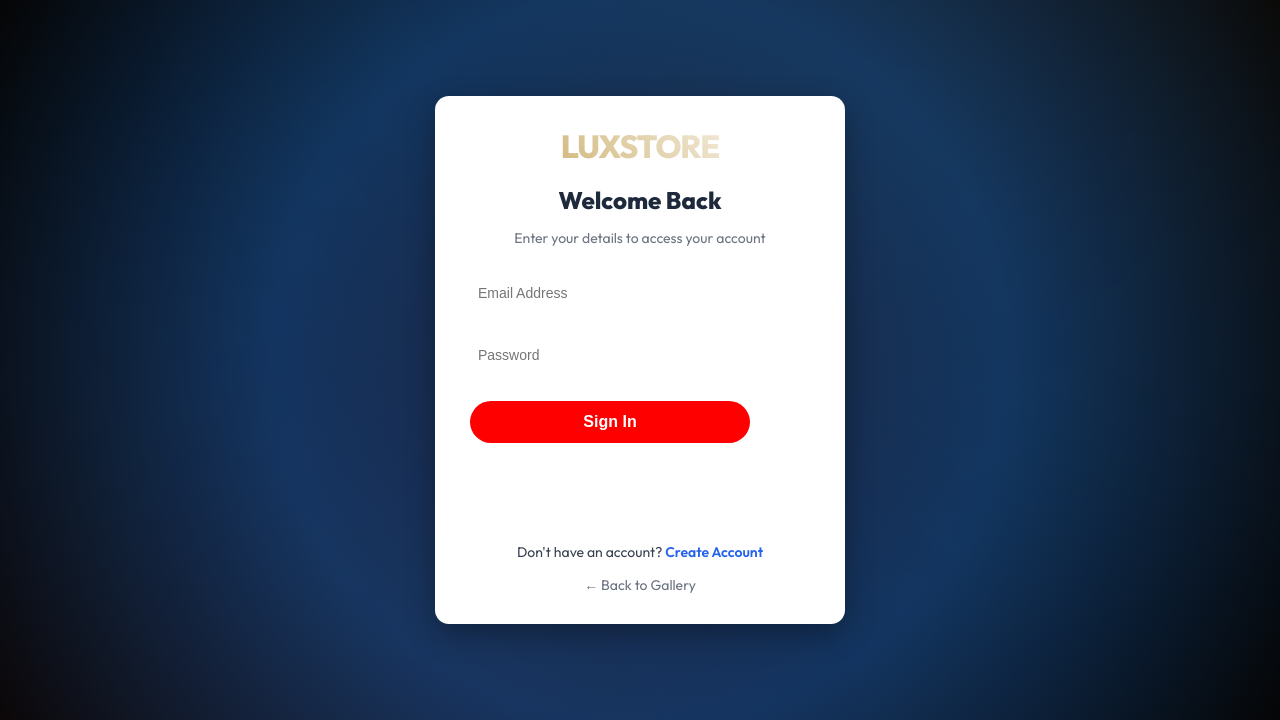
Repository: pradeepkumarh-17/Ecommerce
Page: http://localhost/EcomStore/auth?action=login
The author's editor kept a copy of each file at every save. The page is drawn from the files as they stood at one save, then again after the next save.
The browser window is 1280 px wide. The pictures show the whole page.
Some web libraries are served in a nearby version. The page is served by Tomcat 10. Other server files are loaded and not shown.

Above is the page before, as saved 2026-05-04 17:43:40.

### EcomStore/src/main/webapp/views/auth/login.jsp
<%@ page contentType="text/html; charset=UTF-8" pageEncoding="UTF-8"%>

<!DOCTYPE html>
<html>
<head>
    <meta charset="UTF-8">
    <meta name="viewport" content="width=device-width, initial-scale=1.0">
    <title>Login | LuxStore</title>

    <!-- Google Fonts -->
    <link rel="preconnect" href="https://fonts.googleapis.com">
    <link rel="preconnect" href="https://fonts.gstatic.com" crossorigin>
    <link href="https://fonts.googleapis.com/css2?family=Outfit:wght@300;400;600;800&display=swap" rel="stylesheet">

    <link rel="stylesheet" href="<%= request.getContextPath() %>/assets/css/auth.css">
    <link rel="stylesheet" href="<%= request.getContextPath() %>/assets/css/modern-ui.css">

    <!-- GSAP -->
    <script src="https://cdnjs.cloudflare.com/ajax/libs/gsap/3.12.2/gsap.min.js"></script>
</head>

<body class="auth-page">

    <div class="bg-animation"></div>

    <div class="auth-container container-3d">

        <div class="auth-box glass-panel">

            <div class="logo">LUX<span>STORE</span></div>
            <h2>Welcome Back</h2>
            <p class="subtitle">Enter your details to access your account</p>

            <%
            if (request.getParameter("error") != null) {
            %>
            <div class="error-toast">
                <p>Invalid Email or Password</p>
            </div>
            <%
            }
            %>

            <form action="<%= request.getContextPath() %>/auth" method="post" class="animated-form">

                <input type="hidden" name="action" value="login">

                <div class="input-group">
                    <input type="email" name="email" placeholder="Email Address" required>
                </div>

                <div class="input-group">
                    <input type="password" name="password" placeholder="Password" required>
                </div>

                <button type="submit" class="cart-btn">Sign In</button>

            </form>

            <p class="switch">
                Don't have an account? <a href="<%= request.getContextPath() %>/views/auth/register.jsp">Create Account</a>
            </p>

            <a class="back-home" href="<%= request.getContextPath() %>/views/user/home.jsp">
                <span>&larr;</span> Back to Gallery
            </a>
        </div>

    </div>

    <script>
        document.addEventListener('DOMContentLoaded', () => {
            gsap.from('.auth-box', {
                duration: 1.2,
                y: 100,
                opacity: 0,
                scale: 0.8,
                rotationX: -20,
                ease: 'power4.out'
            });

            gsap.from('.input-group, .cart-btn', {
                duration: 1,
                x: -30,
                opacity: 0,
                stagger: 0.1,
                delay: 0.5,
                ease: 'power3.out'
            });
        });
    </script>
</body>
</html>

### EcomStore/src/main/java/com/ecommerce/controller/AuthController.java
package com.ecommerce.controller;

import jakarta.servlet.*;
import jakarta.servlet.http.*;
import jakarta.servlet.annotation.WebServlet;
import java.io.IOException;

import com.ecommerce.dao.UserDAO;
import com.ecommerce.dao.impl.UserDAOImpl;
import com.ecommerce.model.User;

@WebServlet("/auth")   // 🔥 THIS FIXES 404
public class AuthController extends HttpServlet {

    // 👉 OPEN LOGIN PAGE
    protected void doGet(HttpServletRequest req, HttpServletResponse res)
            throws ServletException, IOException {

        RequestDispatcher rd = req.getRequestDispatcher("views/auth/login.jsp");
        rd.forward(req, res);
    }

    // 👉 HANDLE LOGIN / REGISTER
    protected void doPost(HttpServletRequest req, HttpServletResponse res)
            throws ServletException, IOException {

        String action = req.getParameter("action");

        UserDAO dao = new UserDAOImpl();

        if ("register".equals(action)) {

            User u = new User();
            u.setFullName(req.getParameter("name"));
            u.setEmail(req.getParameter("email"));
            u.setPassword(req.getParameter("password"));

            dao.register(u);

            res.sendRedirect("login");

        } else if ("login".equals(action)) {

            String email = req.getParameter("email");
            String password = req.getParameter("password");

            User user = dao.login(email, password);

            if (user != null) {

                HttpSession session = req.getSession();
                session.setAttribute("user", user);

                res.sendRedirect("views/user/home.jsp");

            } else {

                req.setAttribute("error", "Invalid Credentials");
                doGet(req, res);
            }
        }
    }
}

### EcomStore/src/main/webapp/assets/css/auth.css
body {
    margin: 0;
    font-family: 'Segoe UI', sans-serif;
    background: linear-gradient(135deg, #0f2027, #203a43, #2c5364);
    height: 100vh;
}

/* CENTER */
.auth-container {
    display: flex;
    justify-content: center;
    align-items: center;
    height: 100%;
}

/* CARD */
.auth-box {
    width: 350px;
    padding: 30px;
    background: #ffffff; /* clean white for contrast */
    border-radius: 14px;
    box-shadow: 0 10px 30px rgba(0,0,0,0.3);
    text-align: center;
}

/* TITLE */
.auth-box h2 {
    margin-bottom: 10px;
    color: #1e293b; /* dark navy */
}

/* SUBTITLE */
.subtitle {
    color: #6b7280; /* soft gray */
    font-size: 14px;
    margin-bottom: 15px;
}

/* INPUT */
.auth-box input {
    width: 100%;
    padding: 12px;
    margin: 10px 0;
    border-radius: 8px;
    border: 1px solid #d1d5db;
    font-size: 14px;
    transition: 0.3s;
}

/* INPUT FOCUS */
.auth-box input:focus {
    border-color: #3b82f6;
    box-shadow: 0 0 5px rgba(59,130,246,0.3);
    outline: none;
}

/* BUTTON */
body {
    margin: 0;
    font-family: 'Segoe UI', sans-serif;
    background: linear-gradient(135deg, #0f2027, #203a43, #2c5364);
    height: 100vh;
}

/* CENTER */
.auth-container {
    display: flex;
    justify-content: center;
    align-items: center;
    height: 100%;
}

/* CARD */
.auth-box {
    width: 350px;
    padding: 30px;
    background: #ffffff; /* clean white for contrast */
    border-radius: 14px;
    box-shadow: 0 10px 30px rgba(0,0,0,0.3);
    text-align: center;
}

/* TITLE */
.auth-box h2 {
    margin-bottom: 10px;
    color: #1e293b; /* dark navy */
}

/* SUBTITLE */
.subtitle {
    color: #6b7280; /* soft gray */
    font-size: 14px;
    margin-bottom: 15px;
}

/* INPUT */
.auth-box input {
    width: 100%;
    padding: 12px;
    margin: 10px 0;
    border-radius: 8px;
    border: 1px solid #d1d5db;
    font-size: 14px;
    transition: 0.3s;
}

/* INPUT FOCUS */
.auth-box input {
    width: 100%;
    box-sizing: border-box; /* 👈 VERY IMPORTANT */
}
/* BUTTON */
.auth-box button {
    width: 100%;
    padding: 14px;
    background: #ef1d1d;
    color: white;
    border: none;
    border-radius: 50px;
    font-size: 16px;
    font-weight: 600;
    cursor: pointer;

    display: flex;
    justify-content: center;
    align-items: center;

    margin: 20px auto 10px auto; /* 👈 CENTER FIX */
    text-align: center;
}
/* BUTTON HOVER */
.auth-box button:hover {
    background: #b91c1c; /* darker red */
}

/* SWITCH TEXT */
.switch {
    margin-top: 15px;
    font-size: 14px;
    color: #374151;
}

/* SWITCH LINK */
.switch a {
    color: #2563eb;
    font-weight: 600;
    text-decoration: none;
}

.switch a:hover {
    text-decoration: underline;
}

/* BACK HOME */
.back-home {
    display: block;
    margin-top: 15px;
    text-decoration: none;
    color: #6b7280;
    font-size: 14px;
}

.back-home:hover {
    color: #111827;
}

/* ERROR */
.error {
    color: #dc2626;
    margin-bottom: 10px;
    font-size: 14px;
}

/* SWITCH TEXT */
.switch {
    margin-top: 15px;
    font-size: 14px;
    color: #374151;
}

/* SWITCH LINK */
.switch a {
    color: #2563eb;
    font-weight: 600;
    text-decoration: none;
}

.switch a:hover {
    text-decoration: underline;
}

/* BACK HOME */
.back-home {
    display: block;
    margin-top: 15px;
    text-decoration: none;
    color: #6b7280;
    font-size: 14px;
}

.back-home:hover {
    color: #111827;
}

/* ERROR */
.error {
    color: #dc2626;
    margin-bottom: 10px;
    font-size: 14px;
}

button,
.auth-box button,
.login-btn {
    background: #ff0000 !important;
    color: #ffffff !important;
    opacity: 1 !important;
    visibility: visible !important;
    display: block !important;
    z-index: 9999 !important;
    position: relative;
}
.auth-box {
    text-align: center;
}

.auth-container {
    display: flex;
    justify-content: center;
    align-items: center;
}

.auth-box button {
    width: 80%;
    margin: 100px auto;
}

### EcomStore/src/main/webapp/assets/css/modern-ui.css
:root {
    --primary: #c5a358; /* Gold accent */
    --secondary: #1a1a2e; /* Deep dark blue */
    --accent: #e94560; /* Vibrant pink/red */
    --bg-dark: #0f3460;
    --glass: rgba(255, 255, 255, 0.05);
    --glass-border: rgba(255, 255, 255, 0.1);
    --glass-text: rgba(255, 255, 255, 0.8);
    --shadow-3d: 0 20px 40px rgba(0,0,0,0.4), 0 10px 10px rgba(0,0,0,0.2);
    --transition-fast: 0.3s cubic-bezier(0.4, 0, 0.2, 1);
    --transition-slow: 0.6s cubic-bezier(0.4, 0, 0.2, 1);
}

@import url('https://fonts.googleapis.com/css2?family=Outfit:wght@300;400;600;800&display=swap');

body {
    margin: 0;
    font-family: 'Outfit', sans-serif;
    background: #050505;
    color: #fff;
    overflow-x: hidden;
    scroll-behavior: smooth;
}

/* Animated Gradient Background */
.bg-animation {
    position: fixed;
    top: 0;
    left: 0;
    width: 100%;
    height: 100%;
    background: radial-gradient(circle at 50% 50%, #16213e 0%, #0f3460 50%, #050505 100%);
    z-index: -1;
    overflow: hidden;
}

.bg-animation::after {
    content: '';
    position: absolute;
    top: -50%;
    left: -50%;
    width: 200%;
    height: 200%;
    background: radial-gradient(circle at 30% 30%, rgba(197, 163, 88, 0.05) 0%, transparent 40%),
                radial-gradient(circle at 70% 70%, rgba(233, 69, 96, 0.05) 0%, transparent 40%);
    animation: rotateBG 20s linear infinite;
}

@keyframes rotateBG {
    0% { transform: rotate(0deg); }
    100% { transform: rotate(360deg); }
}

/* 3D Perspective Container */
.container-3d {
    perspective: 1000px;
}

/* Glassmorphism Header */
.header {
    background: rgba(15, 52, 96, 0.7) !important;
    backdrop-filter: blur(15px);
    border-bottom: 1px solid var(--glass-border);
    position: sticky;
    top: 0;
    z-index: 1000;
    padding: 15px 60px !important;
    transition: var(--transition-fast);
}

.header.scrolled {
    padding: 10px 60px !important;
    background: rgba(15, 52, 96, 0.9) !important;
}

.logo {
    font-size: 32px !important;
    background: linear-gradient(45deg, var(--primary), #fff);
    -webkit-background-clip: text;
    background-clip: text;
    -webkit-text-fill-color: transparent;
    font-weight: 800 !important;
    letter-spacing: -1px;
}

.nav-links a {
    color: var(--glass-text) !important;
    position: relative;
    font-weight: 400 !important;
    padding: 5px 10px;
    border-radius: 5px;
    transition: var(--transition-fast);
}

.nav-links a::after {
    content: '';
    position: absolute;
    bottom: 0;
    left: 50%;
    width: 0;
    height: 2px;
    background: var(--primary);
    transition: var(--transition-fast);
    transform: translateX(-50%);
}

.nav-links a:hover {
    color: #fff !important;
}

.nav-links a:hover::after {
    width: 80%;
}

/* 3D Glass Product Card */
.product-card {
    background: var(--glass) !important;
    backdrop-filter: blur(10px);
    border: 1px solid var(--glass-border) !important;
    border-radius: 20px !important;
    padding: 20px !important;
    transform-style: preserve-3d;
    transition: transform 0.5s cubic-bezier(0.23, 1, 0.32, 1), box-shadow 0.5s ease !important;
    position: relative;
}

.product-card:hover {
    transform: translateY(-10px) rotateX(5deg) rotateY(-5deg) !important;
    box-shadow: 0 30px 60px rgba(0,0,0,0.6) !important;
    border-color: var(--primary) !important;
}

.product-card img {
    border-radius: 15px !important;
    transform: translateZ(20px);
    transition: var(--transition-fast);
    box-shadow: 0 10px 20px rgba(0,0,0,0.3);
}

.product-card h3 {
    color: #fff !important;
    transform: translateZ(30px);
    margin: 15px 0 5px 0 !important;
}

.product-card .price {
    color: var(--primary) !important;
    transform: translateZ(25px);
    font-size: 20px !important;
}

.cart-btn {
    background: linear-gradient(45deg, var(--primary), #b08d42) !important;
    border: none !important;
    border-radius: 30px !important;
    color: #000 !important;
    font-weight: 700 !important;
    padding: 12px !important;
    margin-top: 15px !important;
    transform: translateZ(40px);
    transition: var(--transition-fast) !important;
    cursor: pointer;
}

.cart-btn:hover {
    background: #fff !important;
    transform: translateZ(50px) scale(1.05) !important;
    box-shadow: 0 0 20px var(--primary);
}

/* Hero Section Enhancement */
.hero {
    height: 450px !important;
    border-radius: 30px !important;
    position: relative;
    overflow: hidden;
    background: none !important;
    border: 1px solid var(--glass-border);
}

.hero::before {
    content: '';
    position: absolute;
    top: 0;
    left: 0;
    width: 100%;
    height: 100%;
    background: linear-gradient(rgba(0,0,0,0.2), rgba(0,0,0,0.8)), url('https://images.unsplash.com/photo-1441986300917-64674bd600d8?ixlib=rb-1.2.1&auto=format&fit=crop&w=1350&q=80');
    background-size: cover;
    background-position: center;
    z-index: -1;
    transition: transform 5s ease;
}

.hero:hover::before {
    transform: scale(1.1);
}

.hero h1 {
    font-size: 64px !important;
    color: #fff !important;
    text-shadow: 0 10px 20px rgba(0,0,0,0.5);
    margin-bottom: 20px !important;
}

.hero .btn {
    background: var(--primary) !important;
    color: #000 !important;
    padding: 15px 40px !important;
    border-radius: 50px !important;
    font-size: 18px !important;
    box-shadow: 0 10px 20px rgba(197, 163, 88, 0.3);
}

/* Category Cards */
.category-card {
    background: var(--glass) !important;
    border: 1px solid var(--glass-border) !important;
    color: #fff !important;
    border-radius: 15px !important;
    padding: 20px 40px !important;
    transition: var(--transition-fast) !important;
}

.category-card:hover {
    background: var(--primary) !important;
    color: #000 !important;
    transform: scale(1.1) rotate(2deg) !important;
}

/* Forms */
input, select, textarea {
    background: rgba(255,255,255,0.05) !important;
    border: 1px solid var(--glass-border) !important;
    color: #fff !important;
    border-radius: 8px !important;
    padding: 12px !important;
    transition: var(--transition-fast);
}

input:focus {
    border-color: var(--primary) !important;
    background: rgba(255,255,255,0.1) !important;
    box-shadow: 0 0 15px rgba(197, 163, 88, 0.2);
    outline: none;
}

/* Premium Scrollbar */
::-webkit-scrollbar {
    width: 8px;
}

::-webkit-scrollbar-track {
    background: #050505;
}

::-webkit-scrollbar-thumb {
    background: var(--primary);
    border-radius: 10px;
}

::-webkit-scrollbar-thumb:hover {
    background: #fff;
}

After the next save:
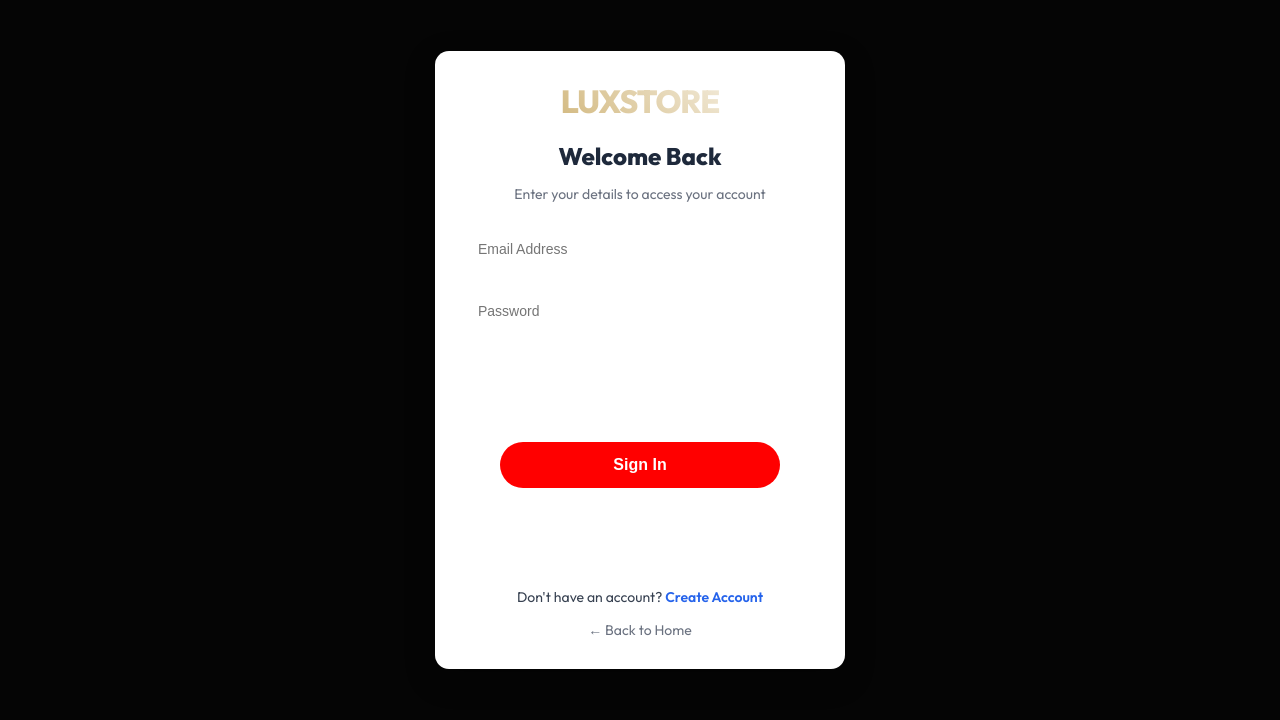
Saved 5 min 44 s later.
--- a/EcomStore/src/main/webapp/views/auth/login.jsp
+++ b/EcomStore/src/main/webapp/views/auth/login.jsp
@@ -7,11 +7,10 @@
     <meta name="viewport" content="width=device-width, initial-scale=1.0">
     <title>Login | LuxStore</title>
 
-    <!-- Google Fonts -->
-    <link rel="preconnect" href="https://fonts.googleapis.com">
-    <link rel="preconnect" href="https://fonts.gstatic.com" crossorigin>
+    <!-- Fonts -->
     <link href="https://fonts.googleapis.com/css2?family=Outfit:wght@300;400;600;800&display=swap" rel="stylesheet">
 
+    <!-- CSS -->
     <link rel="stylesheet" href="<%= request.getContextPath() %>/assets/css/auth.css">
     <link rel="stylesheet" href="<%= request.getContextPath() %>/assets/css/modern-ui.css">
 
@@ -21,73 +20,57 @@
 
 <body class="auth-page">
 
-    <div class="bg-animation"></div>
+<div class="auth-container container-3d">
 
-    <div class="auth-container container-3d">
+    <div class="auth-box glass-panel">
 
-        <div class="auth-box glass-panel">
+        <div class="logo">LUX<span>STORE</span></div>
+        <h2>Welcome Back</h2>
+        <p class="subtitle">Enter your details to access your account</p>
 
-            <div class="logo">LUX<span>STORE</span></div>
-            <h2>Welcome Back</h2>
-            <p class="subtitle">Enter your details to access your account</p>
-
-            <%
-            if (request.getParameter("error") != null) {
-            %>
+        <% if (request.getParameter("error") != null) { %>
             <div class="error-toast">
                 <p>Invalid Email or Password</p>
             </div>
-            <%
-            }
-            %>
+        <% } %>
 
-            <form action="<%= request.getContextPath() %>/auth" method="post" class="animated-form">
+        <!-- ✅ FIXED ACTION -->
+        <form action="<%= request.getContextPath() %>/login" method="post">
 
-                <input type="hidden" name="action" value="login">
+            <input type="hidden" name="action" value="login">
 
-                <div class="input-group">
-                    <input type="email" name="email" placeholder="Email Address" required>
-                </div>
+            <div class="input-group">
+                <input type="email" name="email" placeholder="Email Address" required>
+            </div>
 
-                <div class="input-group">
-                    <input type="password" name="password" placeholder="Password" required>
-                </div>
+            <div class="input-group">
+                <input type="password" name="password" placeholder="Password" required>
+            </div>
 
-                <button type="submit" class="cart-btn">Sign In</button>
+            <button type="submit" class="login-btn">Sign In</button>
 
-            </form>
+        </form>
 
-            <p class="switch">
-                Don't have an account? <a href="<%= request.getContextPath() %>/views/auth/register.jsp">Create Account</a>
-            </p>
+        <p class="switch">
+            Don't have an account?
+            <a href="<%= request.getContextPath() %>/views/auth/register.jsp">Create Account</a>
+        </p>
 
-            <a class="back-home" href="<%= request.getContextPath() %>/views/user/home.jsp">
-                <span>&larr;</span> Back to Gallery
-            </a>
-        </div>
+        <a class="back-home" href="<%= request.getContextPath() %>/views/user/home.jsp">
+            ← Back to Home
+        </a>
 
     </div>
 
-    <script>
-        document.addEventListener('DOMContentLoaded', () => {
-            gsap.from('.auth-box', {
-                duration: 1.2,
-                y: 100,
-                opacity: 0,
-                scale: 0.8,
-                rotationX: -20,
-                ease: 'power4.out'
-            });
+</div>
 
-            gsap.from('.input-group, .cart-btn', {
-                duration: 1,
-                x: -30,
-                opacity: 0,
-                stagger: 0.1,
-                delay: 0.5,
-                ease: 'power3.out'
-            });
-        });
-    </script>
+<script>
+    gsap.from('.auth-box', {
+        duration: 1,
+        y: 80,
+        opacity: 0
+    });
+</script>
+
 </body>
 </html>
